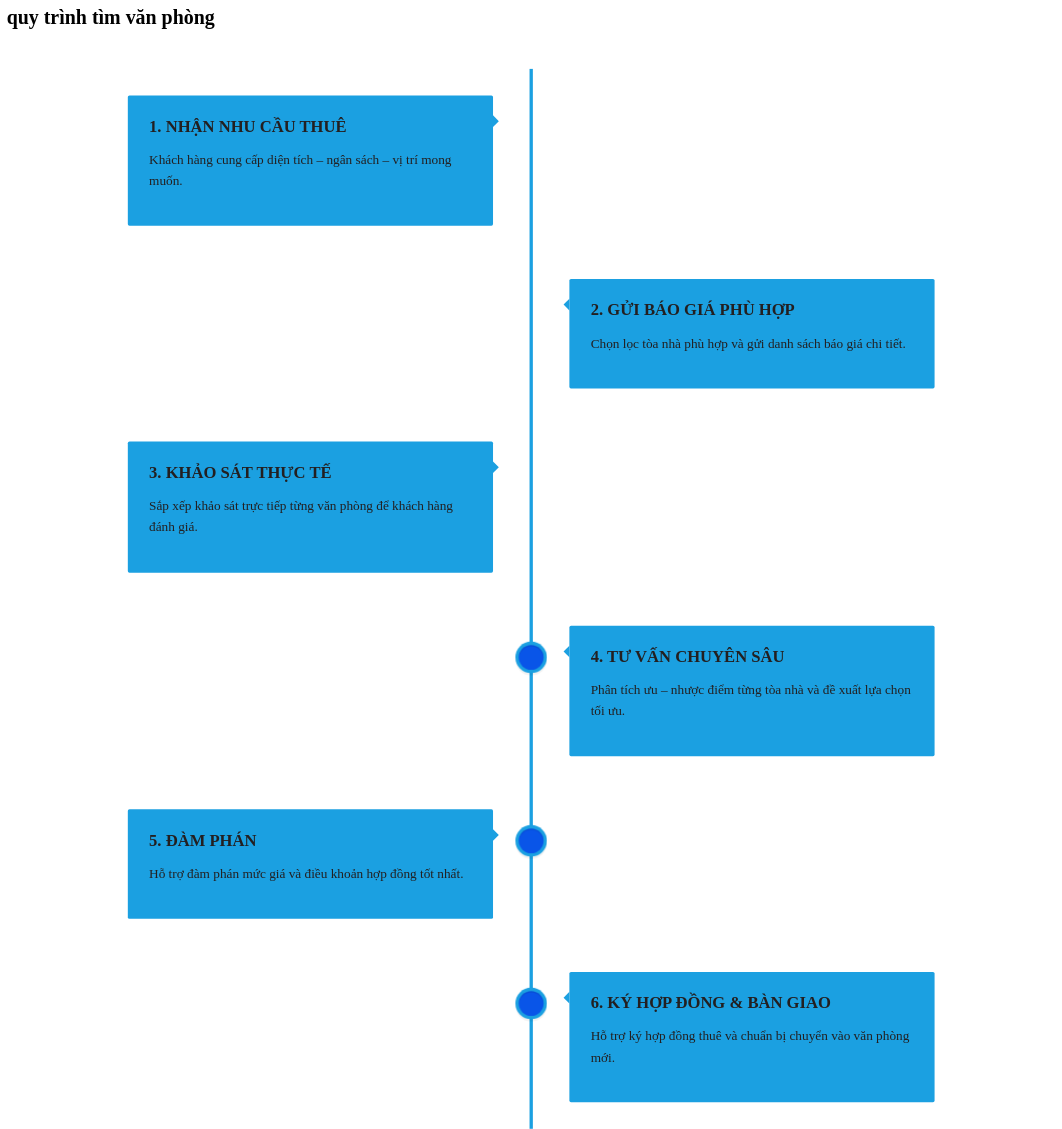
Repository: lannguyen1301/anphuholdings-main
Page: partials/home/quy-trinh-tim-van-phong-2.html
The author's editor kept a copy of each file at every save. The page is drawn from the files as they stood at one save, then again after the next save.
The browser window is 1280 px wide. The pictures show the whole page, at 83% of full size.

Above is the page before, as saved 2026-01-03 09:18:00.

### partials/home/quy-trinh-tim-van-phong-2.html
<!-- style -->
<!-- quy trình tìm văn phòng 2 -->
<style>
    html,
    body {
        /* background-color: #1BA0E1; */
        height: 100%;
        font-family: 'UTM Times', serif;
        box-sizing: border-box;
    }

    .cd-container {
        width: 90%;
        max-width: 1080px;
        margin: 0 auto;
        /* background: #2B343A; */
        padding: 0 10%;
        border-radius: 2px;
    }

    .cd-container::after {
        content: '';
        display: table;
        clear: both;
    }

    /* --------------------------------

Main components

-------------------------------- */


    #cd-timeline {
        position: relative;
        padding: 2em 0;
        margin-top: 2em;
        margin-bottom: 2em;
    }

    #cd-timeline::before {
        content: '';
        position: absolute;
        top: 0;
        left: 25px;
        height: 100%;
        width: 4px;
        background: #1BA0E1;
    }

    @media only screen and (min-width: 1170px) {
        #cd-timeline {
            margin-top: 3em;
            margin-bottom: 3em;
        }

        #cd-timeline::before {
            left: 50%;
            margin-left: -2px;
        }
    }

    .cd-timeline-block {
        position: relative;
        margin: 2em 0;
    }

    .cd-timeline-block:after {
        content: "";
        display: table;
        clear: both;
    }

    .cd-timeline-block:first-child {
        margin-top: 0;
    }

    .cd-timeline-block:last-child {
        margin-bottom: 0;
    }

    @media only screen and (min-width: 1170px) {
        .cd-timeline-block {
            margin: 4em 0;
        }

        .cd-timeline-block:first-child {
            margin-top: 0;
        }

        .cd-timeline-block:last-child {
            margin-bottom: 0;
        }
    }

    .cd-timeline-img {
        position: absolute;
        top: 8px;
        left: 12px;
        width: 30px;
        height: 30px;
        border-radius: 50%;
        box-shadow: 0 0 0 4px #1BA0E1, inset 0 2px 0 rgba(0, 0, 0, 0.08), 0 3px 0 4px rgba(0, 0, 0, 0.05);
    }

    .cd-timeline-img {
        background: #0955e8;
    }

    @media only screen and (min-width: 1170px) {
        .cd-timeline-img {
            width: 30px;
            height: 30px;
            left: 50%;
            margin-left: -15px;
            margin-top: 15px;
            /* Force Hardware Acceleration in WebKit */
            -webkit-transform: translateZ(0);
            -webkit-backface-visibility: hidden;
        }
    }

    .cd-timeline-content {
        position: relative;
        margin-left: 60px;
        margin-right: 30px;
        background: #1BA0E1;
        border-radius: 2px;
        padding: 1em;

        .timeline-content-info {
            background: #2B343A;
            padding: 5px 10px;
            color: rgba(255, 255, 255, 0.7);
            font-size: 12px;
            box-shadow: inset 0 2px 0 rgba(0, 0, 0, 0.08);
            border-radius: 2px;

            i {
                margin-right: 5px;
            }

            .timeline-content-info-title,
            .timeline-content-info-date {
                width: calc(50% - 2px);
                display: inline-block;
            }

            @media (max-width: 500px) {

                .timeline-content-info-title,
                .timeline-content-info-date {
                    display: block;
                    width: 100%;
                }
            }
        }

        .content-skills {
            font-size: 12px;
            padding: 0;
            margin-bottom: 0;
            display: flex;
            flex-wrap: wrap;
            justify-content: center;

            li {
                background: #40484D;
                border-radius: 2px;
                display: inline-block;
                padding: 2px 10px;
                color: rgba(255, 255, 255, 0.7);
                margin: 3px 2px;
                text-align: center;
                flex-grow: 1;
            }
        }
    }

    .cd-timeline-content:after {
        content: "";
        display: table;
        clear: both;
    }

    .cd-timeline-content h3 {
        /* color: rgba(255, 255, 255, .9); */
        color: #231F20;
        text-transform: uppercase;
        margin-top: 0;
        margin-bottom: 5px;
    }

    .cd-timeline-content p,
    .cd-timeline-content .cd-date {
        /* color: rgba(255, 255, 255, .7); */
        color: #231F20;
        font-size: 13px;
        font-size: 0.8125rem;
    }

    .cd-timeline-content .cd-date {
        display: inline-block;
    }

    .cd-timeline-content p {
        margin: 1em 0;
        line-height: 1.6;
    }

    .cd-timeline-content::before {
        content: '';
        position: absolute;
        top: 16px;
        right: 100%;
        height: 0;
        width: 0;
        border: 7px solid transparent;
        border-right: 7px solid #333C42;
    }

    @media only screen and (min-width: 768px) {
        .cd-timeline-content h3 {
            font-size: 20px;
            font-size: 1.25rem;
        }

        .cd-timeline-content p {
            font-size: 16px;
            font-size: 1rem;
        }

        .cd-timeline-content .cd-read-more,
        .cd-timeline-content .cd-date {
            font-size: 14px;
            font-size: 0.875rem;
        }
    }

    @media only screen and (min-width: 1170px) {
        .cd-timeline-content {
            color: white;
            margin-left: 0;
            padding: 1.6em;
            width: 36%;
            margin: 0 5%
        }

        .cd-timeline-content::before {
            top: 24px;
            left: 100%;
            border-color: transparent;
            border-left-color: #1BA0E1;
        }

        .cd-timeline-content .cd-date {
            position: absolute;
            width: 100%;
            left: 122%;
            top: 6px;
            font-size: 16px;
            font-size: 1rem;
        }

        .cd-timeline-block:nth-child(even) .cd-timeline-content {
            float: right;
        }

        .cd-timeline-block:nth-child(even) .cd-timeline-content::before {
            top: 24px;
            left: auto;
            right: 100%;
            border-color: transparent;
            border-right-color: #1BA0E1;
        }

        .cd-timeline-block:nth-child(even) .cd-timeline-content .cd-read-more {
            float: right;
        }

        .cd-timeline-block:nth-child(even) .cd-timeline-content .cd-date {
            left: auto;
            right: 122%;
            text-align: right;
        }
    }
</style>
<!-- style -->


<h2 data-aos="fade-up" data-aos-delay="300"
    class="mb-12 heading-2 uppercase text-3xl font-bold leading-tight md:text-4xl ">quy trình tìm văn phòng
</h2>

<div id="cd-timeline" class="cd-container">
    <div data-aos="fade-up" data-aos-delay="300" class="cd-timeline-block">
        <!-- <div class="cd-timeline-img cd-movie">
        </div>  -->
        <!-- cd-timeline-img -->

        <div class="cd-timeline-content">
            <h3 class="">1. Nhận nhu cầu thuê</h3>
            <p class="">Khách hàng cung cấp diện tích – ngân sách – vị trí mong muốn.</p>
            <!-- <span class=" cd-date">Jan 18</span> -->
        </div> <!-- cd-timeline-content -->
    </div> <!-- cd-timeline-block -->

    <div data-aos="fade-up" data-aos-delay="300" class="cd-timeline-block">
        <!-- <div class="cd-timeline-img cd-picture">
        </div> -->
        <!-- cd-timeline-img -->

        <div class="cd-timeline-content">
            <h3 class="">2. Gửi báo giá phù hợp</h3>
            <p class="">Chọn lọc tòa nhà phù hợp và gửi danh sách báo giá chi tiết.</p>
            <!-- <span class=" cd-date">Jan 24</span> -->
        </div> <!-- cd-timeline-content -->
    </div> <!-- cd-timeline-block -->

    <div data-aos="fade-up" data-aos-delay="300" class="cd-timeline-block">
        <!-- <div class="cd-timeline-img cd-location">
        </div>  -->
        <!-- cd-timeline-img -->

        <div class="cd-timeline-content">
            <h3 class="">3. Khảo sát thực tế</h3>
            <p class="">Sắp xếp khảo sát trực tiếp từng văn phòng để khách hàng đánh giá.</p>
            <!-- <span class=" cd-date">Feb 14</span> -->
        </div> <!-- cd-timeline-content -->
    </div> <!-- cd-timeline-block -->

    <div data-aos="fade-up" data-aos-delay="300" class="cd-timeline-block">
        <div class="cd-timeline-img cd-location">
        </div>

        <div class="cd-timeline-content">
            <h3 class="">4. Tư vấn chuyên sâu</h3>
            <p class="">Phân tích ưu – nhược điểm từng tòa nhà và đề xuất lựa chọn tối ưu.</p>
            <!-- <span class=" cd-date">Feb 18</span> -->
        </div> <!-- cd-timeline-content -->
    </div> <!-- cd-timeline-block -->

    <div data-aos="fade-up" data-aos-delay="300" class="cd-timeline-block">
        <div class="cd-timeline-img cd-movie">
        </div> <!-- cd-timeline-img -->

        <div class="cd-timeline-content">
            <h3 class="">5. Đàm phán</h3>
            <p class="">Hỗ trợ đàm phán mức giá và điều khoản hợp đồng tốt nhất.</p>
            <!-- <span class=" cd-date">Feb 26</span> -->
        </div> <!-- cd-timeline-content -->
    </div> <!-- cd-timeline-block -->

    <div data-aos="fade-up" data-aos-delay="300" class="cd-timeline-block">
        <div class="cd-timeline-img cd-movie">
        </div> <!-- cd-timeline-img -->

        <div class="cd-timeline-content">
            <h3 class="">6. Ký hợp đồng & bàn giao</h3>
            <p class="">Hỗ trợ ký hợp đồng thuê và chuẩn bị chuyển vào văn phòng mới.</p>
            <!-- <span class=" cd-date">Feb 26</span> -->
        </div> <!-- cd-timeline-content -->
    </div> <!-- cd-timeline-block -->
</div> <!-- cd-timeline -->

After the next save:
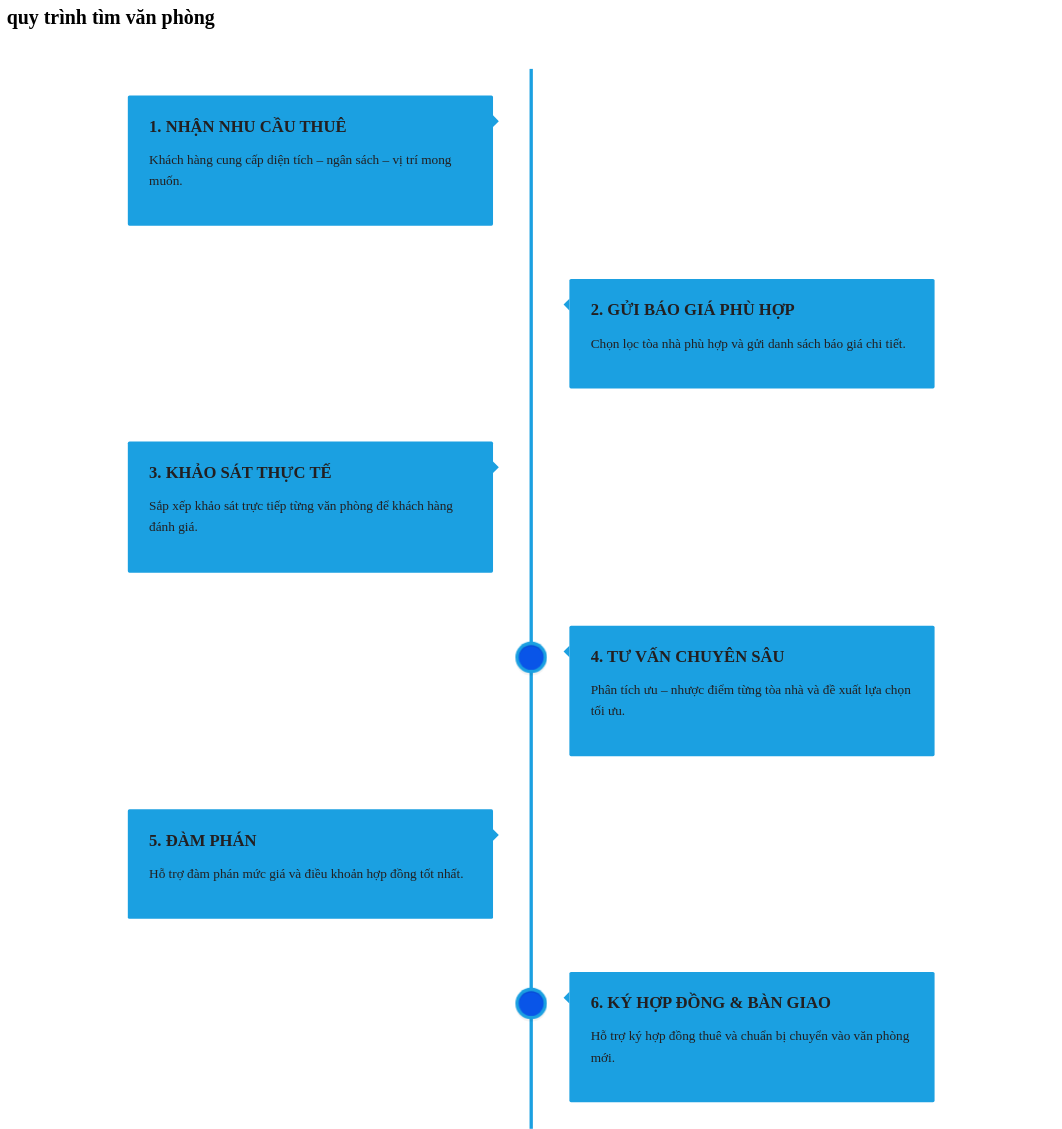
Saved 16 s later.
--- a/partials/home/quy-trinh-tim-van-phong-2.html
+++ b/partials/home/quy-trinh-tim-van-phong-2.html
@@ -341,8 +341,9 @@ Main components
     </div> <!-- cd-timeline-block -->
 
     <div data-aos="fade-up" data-aos-delay="300" class="cd-timeline-block">
-        <div class="cd-timeline-img cd-movie">
-        </div> <!-- cd-timeline-img -->
+        <!-- <div class="cd-timeline-img cd-movie">
+        </div> -->
+        <!-- cd-timeline-img -->
 
         <div class="cd-timeline-content">
             <h3 class="">5. Đàm phán</h3>
